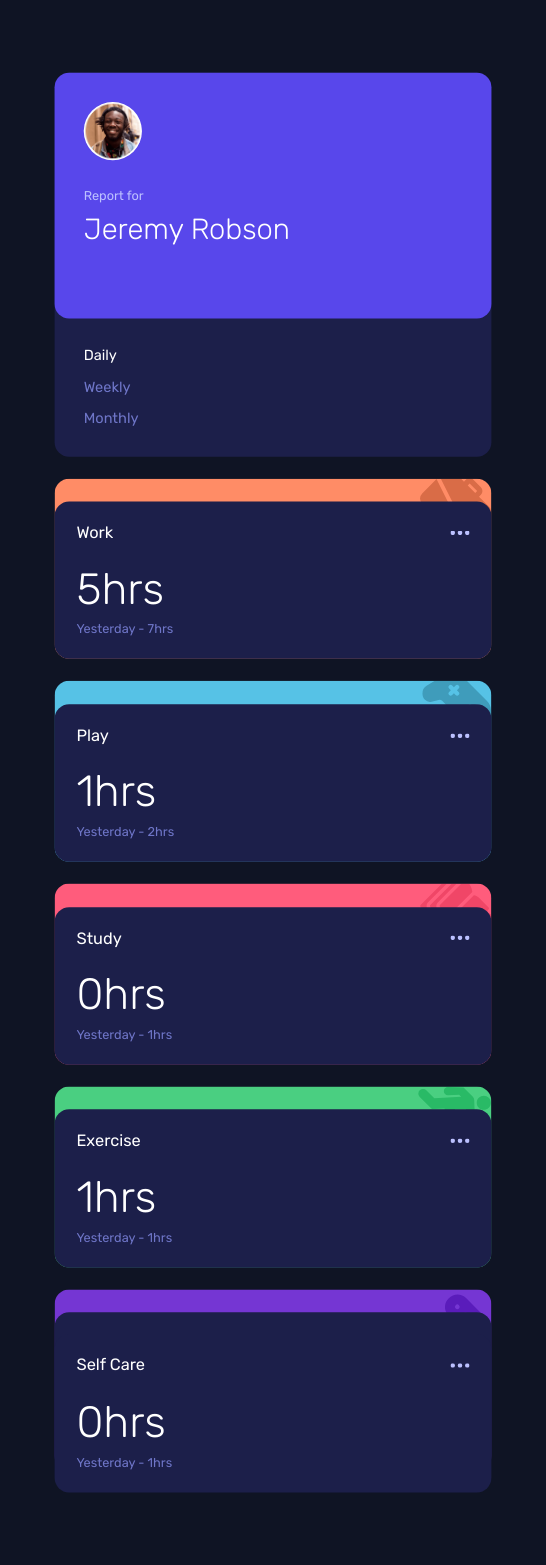
Repository: Jay-JYKim91/FM_time-tracking-dashboard
Page: index.html
The author's editor kept a copy of each file at every save. The page is drawn from the files as they stood at one save, then again after the next save.
The browser window is 600 px wide. The pictures show the whole page, at 91% of full size.

Above is the page before, as saved 2021-12-19 22:43:27.

### index.html
<!DOCTYPE html>
<html lang="en">
<head>
  <meta charset="UTF-8">
  <meta name="viewport" content="width=device-width, initial-scale=1.0"> <!-- displays site properly based on user's device -->

  <link rel="icon" type="image/png" sizes="32x32" href="./images/favicon-32x32.png">

  <title>Time tracking dashboard</title>
  <link rel="stylesheet" href="https://cdnjs.cloudflare.com/ajax/libs/normalize/8.0.1/normalize.min.css" integrity="sha512-NhSC1YmyruXifcj/KFRWoC561YpHpc5Jtzgvbuzx5VozKpWvQ+4nXhPdFgmx8xqexRcpAglTj9sIBWINXa8x5w==" crossorigin="anonymous" referrerpolicy="no-referrer" />
  <link rel="preconnect" href="https://fonts.googleapis.com">
  <link rel="preconnect" href="https://fonts.gstatic.com" crossorigin>
  <link href="https://fonts.googleapis.com/css2?family=Rubik:wght@300;400;500&display=swap" rel="stylesheet">
  <link rel="stylesheet" href="style.css">
  <script src="main.js" defer></script>
</head>
<body>
  <section class="container">
    <article class="card profile-card">
        <div class="profile-card--name">
          <div class="profile-img-box">
            <img src="./images/image-jeremy.png" alt="jeremy" class="profile-img">
          </div>
          <p>Report for</p>
          <p class="name">Jeremy Robson</p>
        </div>
        <div class="option">
          <input type="radio" name="period" value="daily" id="daily"  data-time="date" checked>
          <label for="daily" class="change-duration" id="daily-label">Daily</label>
          <input type="radio" name="period" value="weekly" id="weekly" data-time="week">
          <label for="weekly" class="change-duration" id="weekly-label">Weekly</label>
          <input type="radio" name="period" value="monthly" id="monthly" data-time="month">
          <label for="monthly" class="change-duration" id="monthly-label">Monthly</label>
        </div>
        <!-- <ul>
          <li>Daily</li>
          <li><a href="">Weekly</a></li>
          <li><a href="">Monthly</a></li>
        </ul> -->
    </article>
    <article class="card feature-card work-bg">
      <div class="card feature-card--text">
        <div class="title-wrapper">
          <p class="title">Work</p>
          <img src="./images/icon-ellipsis.svg" alt="ellipsis">
        </div>
        <p class="time"></p>
        <p class="previous-time"></p>
      </div>
    </article>
    <article class="card feature-card play-bg">
      <div class="card feature-card--text">
        <div class="title-wrapper">
          <p class="title">Play</p>
          <img src="./images/icon-ellipsis.svg" alt="ellipsis">
        </div>
        <p class="time"></p>
        <p class="previous-time"></p>
      </div>
    </article>
    <article class="card feature-card study-bg">
      <div class="card feature-card--text">
        <div class="title-wrapper">
          <p class="title">Study</p>
          <img src="./images/icon-ellipsis.svg" alt="ellipsis">
        </div>
        <p class="time"></p>
        <p class="previous-time"></p>
      </div>
    </article>
    <article class="card feature-card exercise-bg">
      <div class="card feature-card--text">
        <div class="title-wrapper">
          <p class="title">Exercise</p>
          <img src="./images/icon-ellipsis.svg" alt="ellipsis">
        </div>
        <p class="time"></p>
        <p class="previous-time"></p>
      </div>
    </article>
    <article class="card feature-card social-bg">
      <div class="card feature-card--text">
        <div class="title-wrapper">
          <p class="title">Social</p>
          <img src="./images/icon-ellipsis.svg" alt="ellipsis">
        </div>
        <p class="time"></p>
        <p class="previous-time"></p>
      </div>
    </article>
    <article class="card feature-card self-care-bg">
      <div class="card feature-card--text">
        <div class="title-wrapper">
          <p class="title">Self Care</p>
          <img src="./images/icon-ellipsis.svg" alt="ellipsis">
        </div>
        <p class="time"></p>
        <p class="previous-time"></p>
      </div>
    </article>
  </section>








  <!-- <div class="attribution">
    Challenge by <a href="https://www.frontendmentor.io?ref=challenge" target="_blank">Frontend Mentor</a>.
    Coded by <a href="#">Your Name Here</a>.
  </div> -->
</body>
</html>

### style.css
:root {
  --body-font: "Rubik", sans-serif;

  --blue: hsl(246, 80%, 60%);
  --light-red-work: hsl(15, 100%, 70%);
  --soft-blue-play: hsl(195, 74%, 62%);
  --light-red-study: hsl(348, 100%, 68%);
  --lime-green-exercise: hsl(145, 58%, 55%);
  --violet-social: hsl(264, 64%, 52%);
  --soft-orange-self-care: hsl(43, 84%, 65%);
  --very-dark-blue: hsl(226, 43%, 10%);
  --dark-blue: hsl(235, 46%, 20%);
  --desaturated-blue: hsl(235, 45%, 61%);
  --pale-blue: hsl(236, 100%, 87%);
}
body {
  background-color: var(--very-dark-blue);
  color: white;
  font-family: var(--body-font);
}
a {
  text-decoration: none;
  color: white;
}
p {
  margin: 0;
}
.container {
  width: 80vw;
  margin: 20vh auto;
  max-width: 1152px;
  display: grid;
  grid-template-columns: repeat(4, 1fr);
  gap: 1.5em;
}
.card {
  border-radius: 1em;
  background-color: var(--dark-blue);
  min-width: 192px;
  box-sizing: border-box;
}
.profile-card {
  grid-row: 1 / 3;
}
/* .profile-card ul {
  list-style: none;
  padding-left: 2em;
  margin: 2em 0;
} */
.option {
  display: grid;
  padding: 2em;
  grid-gap: 1em;
}
.option input[type="radio"] {
  display: none;
}
.option input[type="radio"]:checked + label {
  color: white;
}
.option label {
  color: var(--desaturated-blue);
  cursor: pointer;
}
.profile-card--name {
  background-color: var(--blue);
  padding: 2em;
  border-radius: 1em;
}
.profile-card--name p {
  color: var(--pale-blue);
  margin: 0;
  font-size: 14px;
}
.profile-card--name .name {
  color: white;
  font-size: 2rem;
  font-weight: 300;
  margin: 0.3em 0 1.5em 0;
}
.profile-img-box {
  width: 64px;
  height: 64px;
  border-radius: 50%;
  background-color: white;
  margin-bottom: 2em;
}
.profile-img {
  width: 60px;
  margin: 2px;
}
.profile-card li {
  margin-bottom: 1em;
}
.profile-card li a {
  font-size: 18px;
  color: var(--desaturated-blue);
}
.feature-card {
  position: relative;
  background-repeat: no-repeat;
  background-position: top right;
  background-position-y: -10px;
}
.feature-card--text {
  position: absolute;
  bottom: 0;
  width: -webkit-fill-available;
  padding: 1.5em;
}
.title-wrapper {
  display: flex;
  justify-content: space-between;
  align-items: center;
}
.title-wrapper .title {
  font-size: 1.125rem;
  font-weight: 400;
  margin: 0;
}
.title-wrapper img {
  /* height: fit-content; */
}
.time {
  font-size: 3rem;
  margin: 0.5em 0 0.2em 0;
  font-weight: 300;
}
.previous-time {
  color: var(--desaturated-blue);
  font-size: 14px;
}

.work-bg {
  background-image: url("./images/icon-work.svg");
  background-color: var(--light-red-work);
}
.play-bg {
  background-image: url("./images/icon-play.svg");
  background-color: var(--soft-blue-play);
}
.exercise-bg {
  background-image: url("./images/icon-exercise.svg");
  background-color: var(--lime-green-exercise);
  background-position-y: 0;
}
.self-care-bg {
  background-image: url("./images/icon-self-care.svg");
  background-color: var(--soft-orange-self-care);
}
.social-bg {
  background-image: url("./images/icon-social.svg");
  background-color: var(--violet-social);
  background-position-y: 0;
}
.study-bg {
  background-image: url("./images/icon-study.svg");
  background-color: var(--light-red-study);
}

/* Tablet size */
@media (min-width: 768px) and (max-width: 1023px) {
  .container {
    grid-template-columns: repeat(3, 1fr);
    grid-template-rows: repeat(3, 1fr);
  }
  .social-bg {
    grid-column: 2 / 3;
    grid-row: 3 / 4;
  }
  .self-care-bg {
    grid-column: 3 / 4;
    grid-row: 3 / 4;
  }
}

/* Mobile size */
@media (max-width: 767px) {
  .container {
    grid-template-columns: 100%;
    grid-template-rows: repeat(7, 1fr);
    margin: 10vh auto;
  }
}

### main.js
const defaultCurrent = document.getElementsByClassName('time');
const defaultPrevious = document.getElementsByClassName('previous-time');
let dailyCurrentList   = [];
let dailyPreviousList  = [];
let weeklyCurrentList  = [];
let weeklyPreviousList = [];
let monthlyCurrentList = [];
let monthlyPreviousList = [];

// Get data
fetch('./data.json')
.then(response => response.json())
.then(json_data =>  {
  json_data.forEach(element => {
    dailyCurrentList.push(element.timeframes.daily.current);
    dailyPreviousList.push(element.timeframes.daily.previous);
    weeklyCurrentList.push(element.timeframes.weekly.current);
    weeklyPreviousList.push(element.timeframes.weekly.previous);
    monthlyCurrentList.push(element.timeframes.monthly.current);
    monthlyPreviousList.push(element.timeframes.monthly.previous);
  })
})
.then(() => {
    for (let i = 0; i < dailyCurrentList.length; i++) {
        defaultCurrent[i].innerText = dailyCurrentList[i] + 'hrs';
        defaultPrevious[i].innerText = 'Yesterday - ' + dailyPreviousList[i] + 'hrs';
    }
})

// Display data
let periodOptionList = document.getElementsByName('period');

periodOptionList.forEach(periodOption => {
    periodOption.addEventListener('click', function() {
        if (periodOption.checked) {
            displayData(periodOption.value);
        }
    })
})

//
function displayData(period) {{
    let curList;
    let prevList;
    let detailText;

    switch (period) {
        case 'daily':
            curList = dailyCurrentList;
            prevList = dailyPreviousList;
            detailText = "Yesterday";
            break;
        case 'weekly':
            curList = weeklyCurrentList;
            prevList = weeklyPreviousList;
            detailText = "Last week";
            break;
        case 'monthly':
            curList = monthlyCurrentList;
            prevList = monthlyPreviousList;
            detailText = "Last month";
            break;
    }
    // console.log(curList);
    // console.log(detailText);
    for (let i = 0; i < dailyPreviousList.length; i++) {
        // console.log(curList[i]);
        defaultCurrent[i].innerText = curList[i] + 'hrs';
        defaultPrevious[i].innerText = detailText + ' - ' + prevList[i] + 'hrs';
    }
}}

Loaded but not shown: data.json (common file)

After the next save:
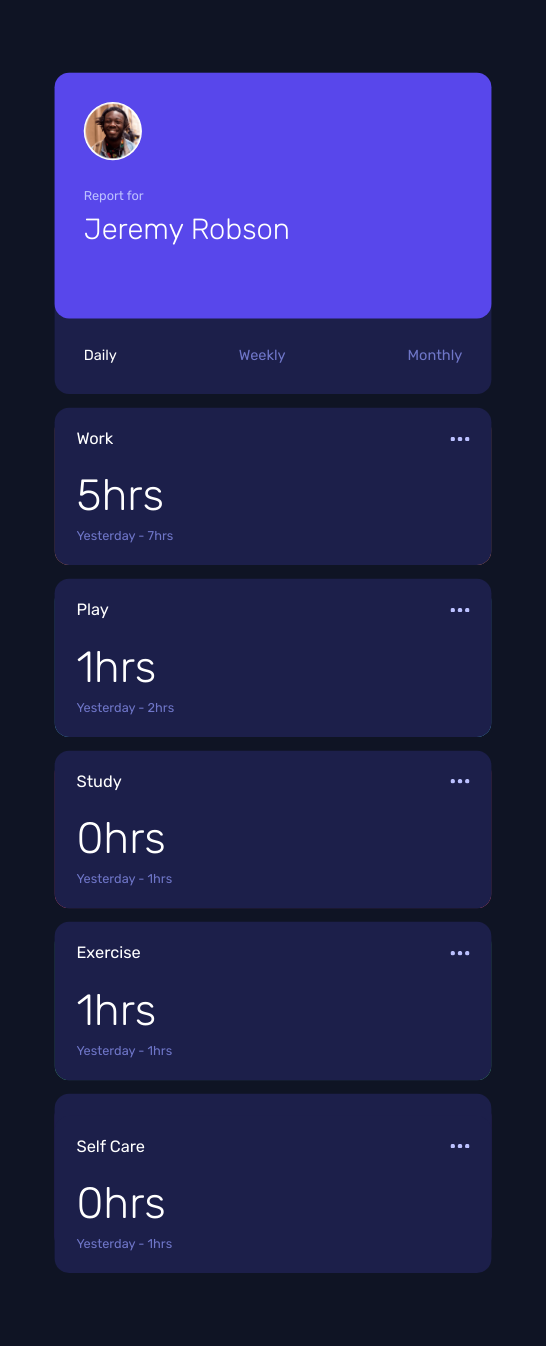
Saved 42 s later.
--- a/style.css
+++ b/style.css
@@ -181,4 +181,8 @@ p {
     grid-template-rows: repeat(7, 1fr);
     margin: 10vh auto;
   }
+  .option {
+    display: flex;
+    justify-content: space-between;
+  }
 }
